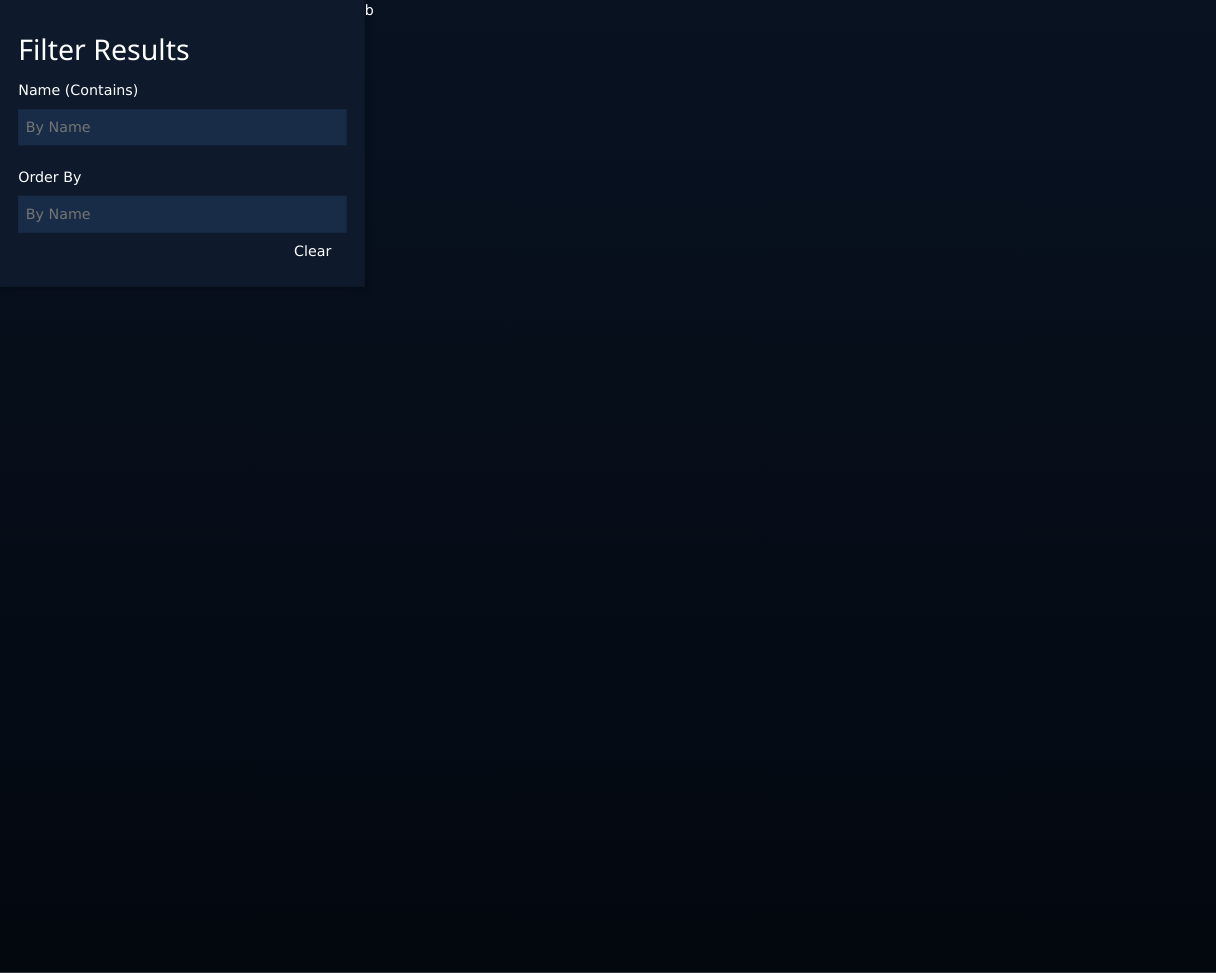
Repository: seyicoded/testestech
Page: /
These files come from the project's save history. The page is drawn as it stood at one moment and after the next save; the edit follows.
The browser window is 1280 px wide. The pictures show the whole page, at 95% of full size.
The project was rebuilt for these pictures with package versions that can differ from the ones it lists, and the page was loaded fresh each time.

Above is the page before, as saved 2022-02-07 13:51:35.

After the next save:
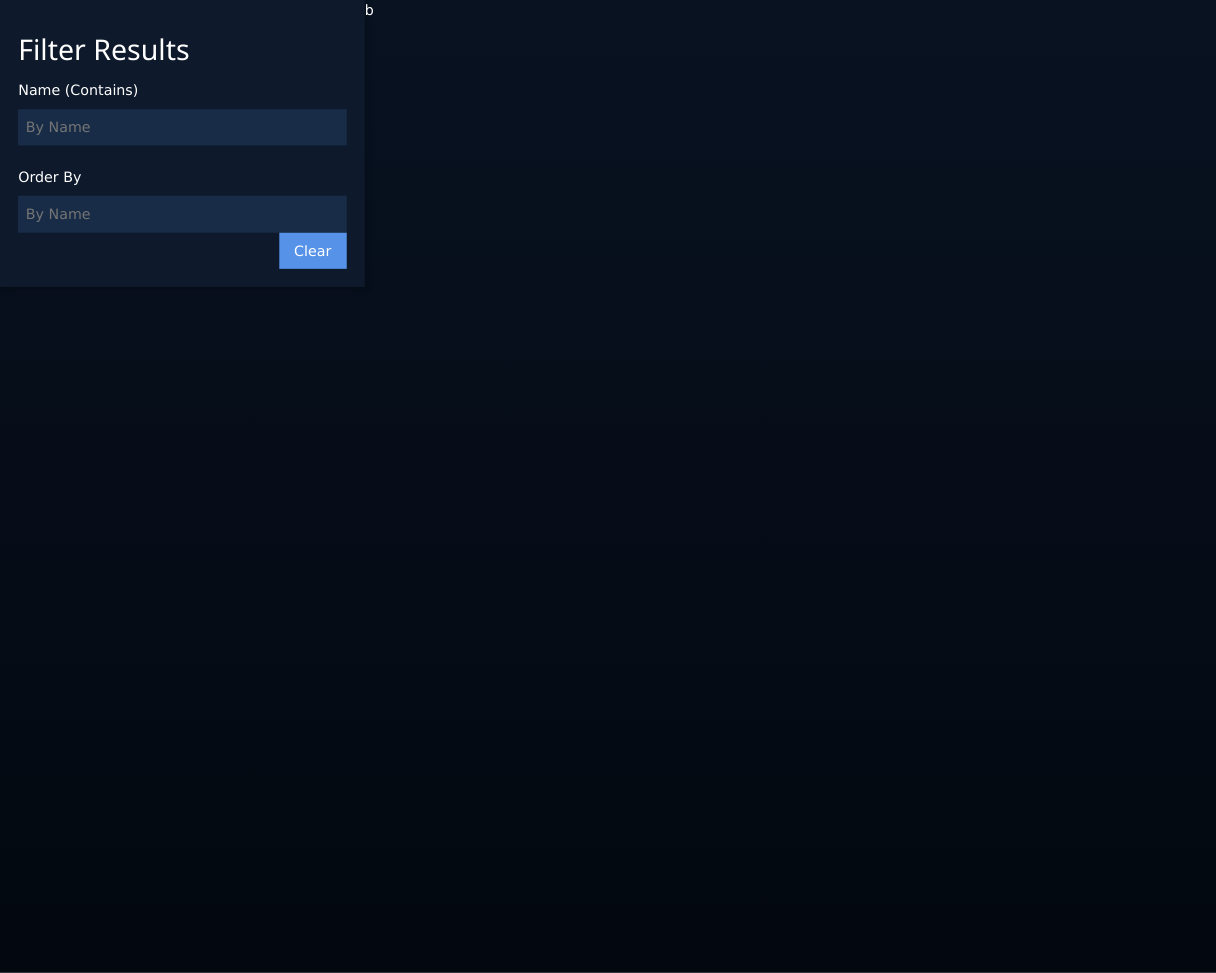
Saved 52 s later.
--- a/src/App.css
+++ b/src/App.css
@@ -82,9 +82,13 @@
   flex-direction: row;
 }
 
-.btn-container{
+.btn-container {
   display: flex;
   flex-direction: row;
   /* align-items: flex-end; */
   justify-content: flex-end;
 }
+
+.btn-container .w3-btn{
+  background: #5692e8;
+}
